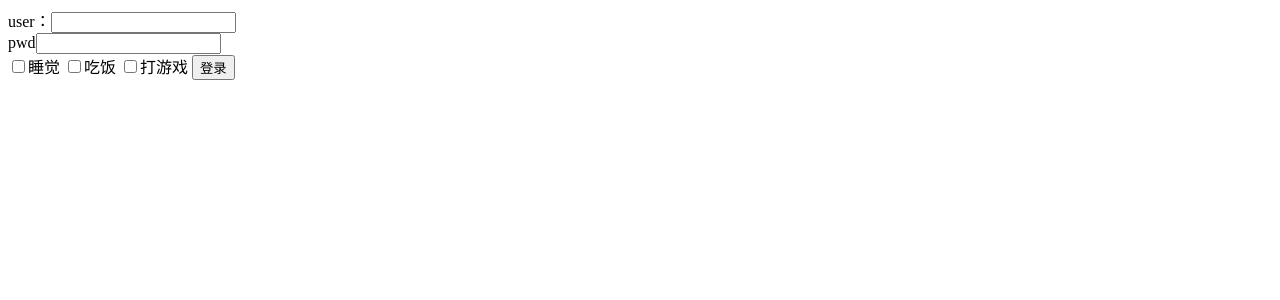
Repository: 0qiqi0/DOM-CSS-JS-JSP-study
Page: http://localhost/JSP2_02_inner_obj/request.jsp
These files come from the project's save history. The page is drawn as it stood at one moment and after the next save; the edit follows.
The browser window is 1280 px wide. The pictures show the whole page.
The page is served by Tomcat 9.

Above is the page before, as saved 2016-01-28 13:48:51.

### JSP2_02_inner_obj/WebContent/request.jsp
<%@ page language="java" contentType="text/html; charset=UTF-8"
    pageEncoding="UTF-8"%>
<!DOCTYPE html PUBLIC "-//W3C//DTD HTML 4.01 Transitional//EN" "http://www.w3.org/TR/html4/loose.dtd">
<html>
<head>
<meta http-equiv="Content-Type" content="text/html; charset=UTF-8">
<title>Insert title here</title>
</head>
<body>
	<form action="request_receive.jsp" >
		user：<input type="text" name="user"/><br/>
		pwd<input type="password" name="pwd"/><br/>
		<input type="checkbox" name="likes" value="睡觉">睡觉
		<input type="checkbox" name="likes" value="吃饭">吃饭
		<input type="checkbox" name="likes" value="打游戏">打游戏
		<input type="submit" value="登录"/><br/>
	</form>
</body>
</html>

After the next save:
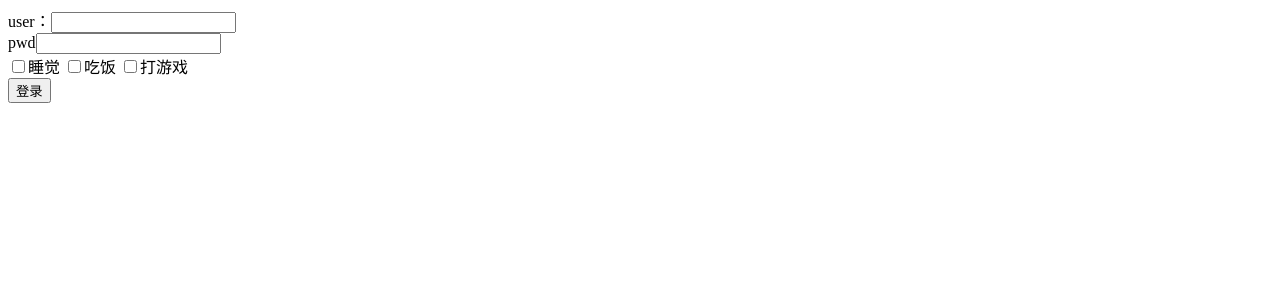
Saved 3 s later.
--- a/JSP2_02_inner_obj/WebContent/request.jsp
+++ b/JSP2_02_inner_obj/WebContent/request.jsp
@@ -12,7 +12,10 @@
 		pwd<input type="password" name="pwd"/><br/>
 		<input type="checkbox" name="likes" value="睡觉">睡觉
 		<input type="checkbox" name="likes" value="吃饭">吃饭
-		<input type="checkbox" name="likes" value="打游戏">打游戏
+		<input type="checkbox" name="likes" value="打游戏">打游戏<br/>
+
+
+
 		<input type="submit" value="登录"/><br/>
 	</form>
 </body>
